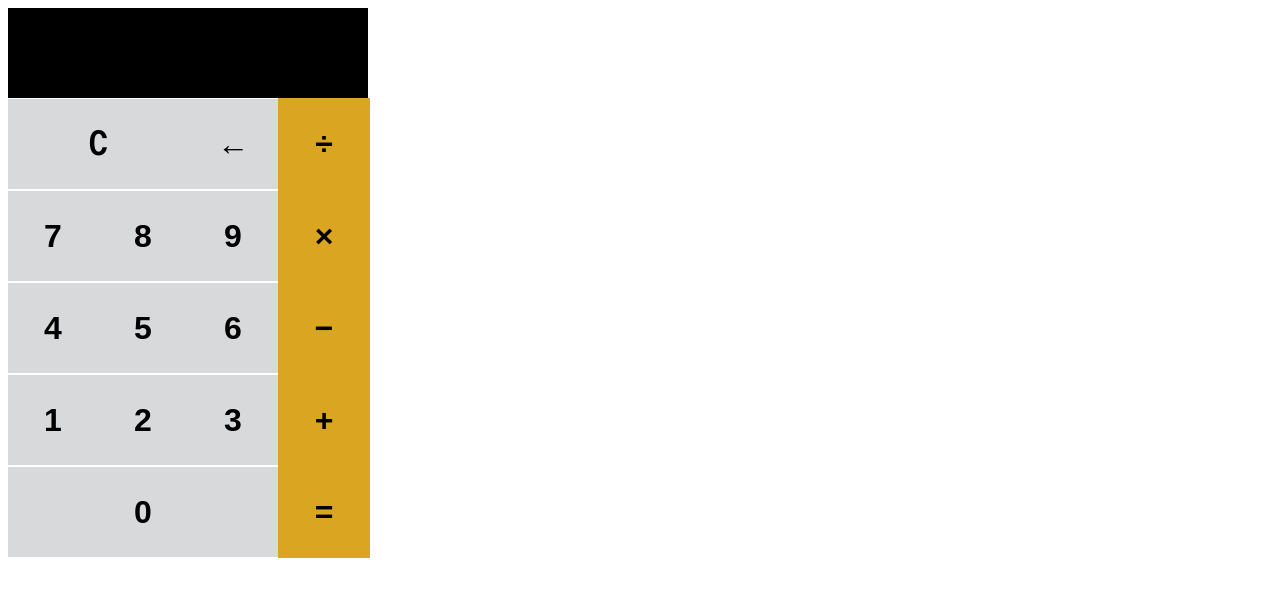
Repository: jontslater/LAB-calculator2
Page: index.html
The author's editor kept a copy of each file at every save. The page is drawn from the files as they stood at one save, then again after the next save.
The browser window is 1280 px wide. The pictures show the whole page.

Above is the page before, as saved 2023-10-14 10:24:06.

### index.html
<!DOCTYPE html>
<html lang="en">
<head>
  <meta charset="UTF-8">
  <meta name="viewport" content="width=device-width, initial-scale=1.0">
  <title>calculator</title>
  <link rel="stylesheet" href="main.css">
  <script src="main.js"></script>
</head>

<body>
  <div class="container">

    <div class="box"></div>

    <table>
    <button class="symbols gray three">&#8705;</button>
    <button class="symbols gray">&#8592;</button>
    <button class="symbols orange">&#247;</button>
  </table>

  <table>
    <button class="bottonss gray">7</button>
    <button class="bottonss gray">8</button>
    <button class="bottonss gray">9</button>
    <button class="orange">&#215;</button>
  </table>

  <table>
    <button class="bottonss gray">4</button>
    <button class="bottonss gray">5</button>
    <button class="bottonss gray">6</button>
    <button class="orange">&#8722;</button>
  </table>

  <table>
    <button class="bottonss gray">1</button>
    <button class="bottonss gray">2</button>
    <button class="bottonss gray">3</button>
    <button class="orange">&#43;</button>
  </table>


  <table>
    <button class="bottonss gray twice">0</button>
    <button class="orange">&#61;</button>
  </table>

  </div>

</body>
</html>

### main.css
body{
  background-color: white;
}

.container{
  width: 400px;
  font-size: xx-large;
  font-weight: bold;
}



.buttonss{
  background-color: #d8d9db;
  height: 92px;
  width: 92px;
  font-size: xx-large;
  font-weight: bold;
  border:none;
}

.gray{
  background-color: #d8d9db;
  height: 90px;
  width: 90px;
  font-size: xx-large;
  font-weight: bold;
  border:none;
}

.twice{
  width: 270px;
  font-size: xx-large;
  font-weight: bold;
  border:none;
}

.three{
  width: 180px;
  font-size: xx-large;
  font-weight: bold;
  border:none;
}

.orange{
  background-color:goldenrod;
  height: 92px;
  width: 92px;
  font-size: xx-large;
  font-weight: bold;
  border:none;
}

.box{
  background-color: #000000;
  height: 90px;
  width: 360px;
  padding-bottom: 0%;
  border:none;
}

Loaded but not shown: main.js (no stored copy; drawn as an empty file)

After the next save:
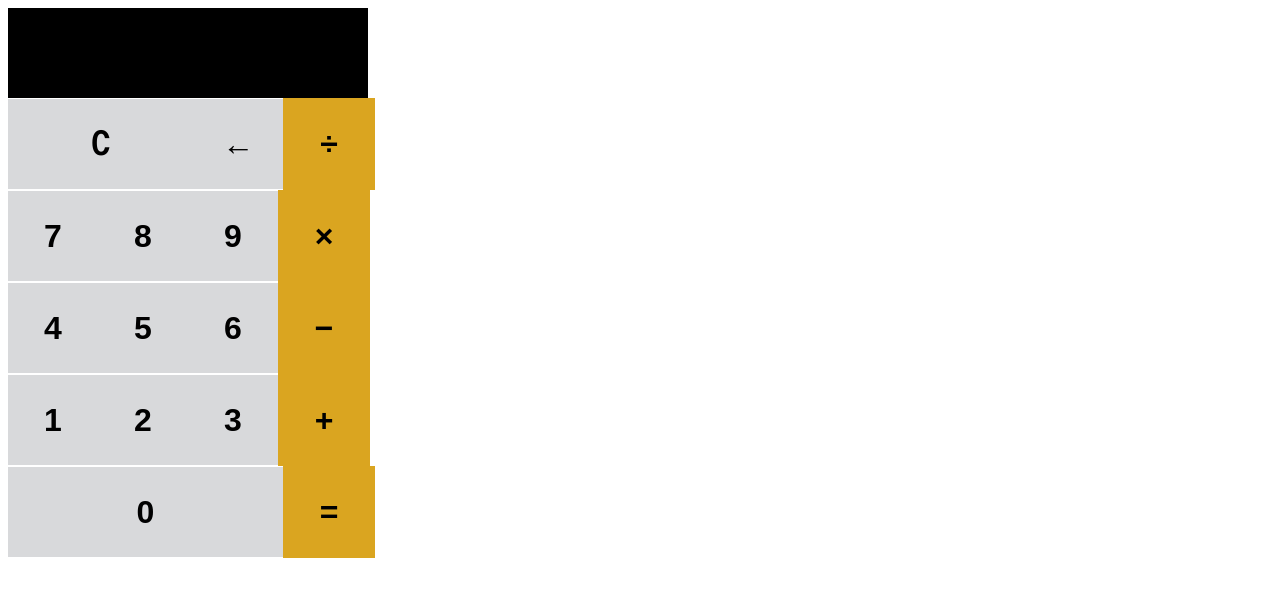
Saved 56 s later.
--- a/main.css
+++ b/main.css
@@ -29,14 +29,14 @@ body{
 }
 
 .twice{
-  width: 270px;
+  width: 275px;
   font-size: xx-large;
   font-weight: bold;
   border:none;
 }
 
 .three{
-  width: 180px;
+  width: 185px;
   font-size: xx-large;
   font-weight: bold;
   border:none;
